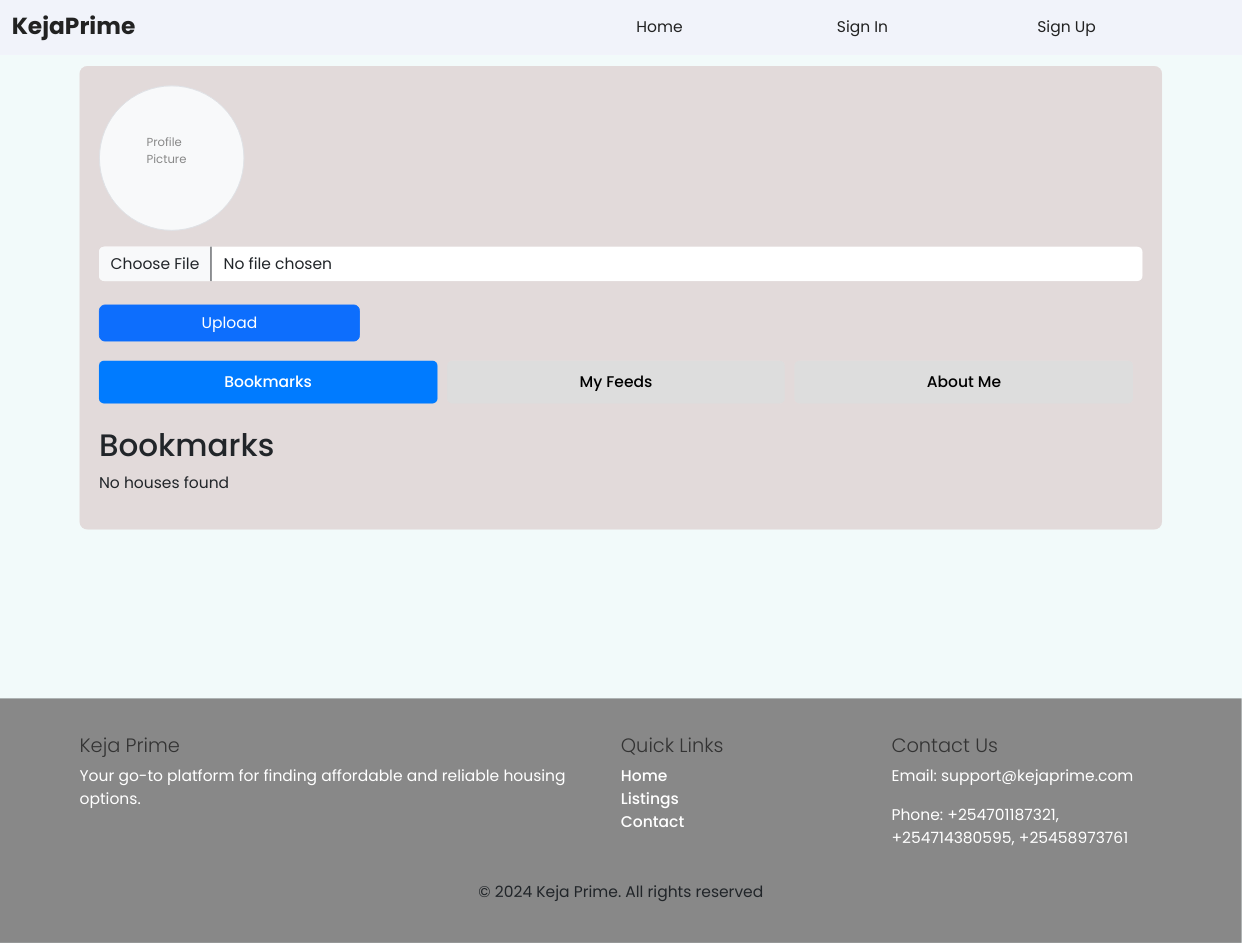
Repository: Pascal7601/kejaPrime
Page: /profile (app in frontend/)
An editor plug-in stored every save of this project. The page is shown before and after the next save, followed by the edit.
The browser window is 1280 px wide. The pictures show the whole page, at 97% of full size.
The page's requests for data from a server got no answer. The project was rebuilt for these pictures with package versions that can differ from the ones it lists, and the page was loaded fresh each time. No one was signed in, and anything a server would have sent is missing. Also part of the build but not shown: frontend/vite.config.js, frontend/src/styles/HeroSection.css, frontend/src/components/HeroSection.jsx, frontend/src/pages/Home.jsx, frontend/src/components/Houses.jsx, frontend/src/pages/Listings.jsx, frontend/src/styles/PostHouse.css, frontend/src/pages/PostHouse.jsx and 10 more.

Above is the page before, as saved 2024-10-22 11:42:17.

After the next save:
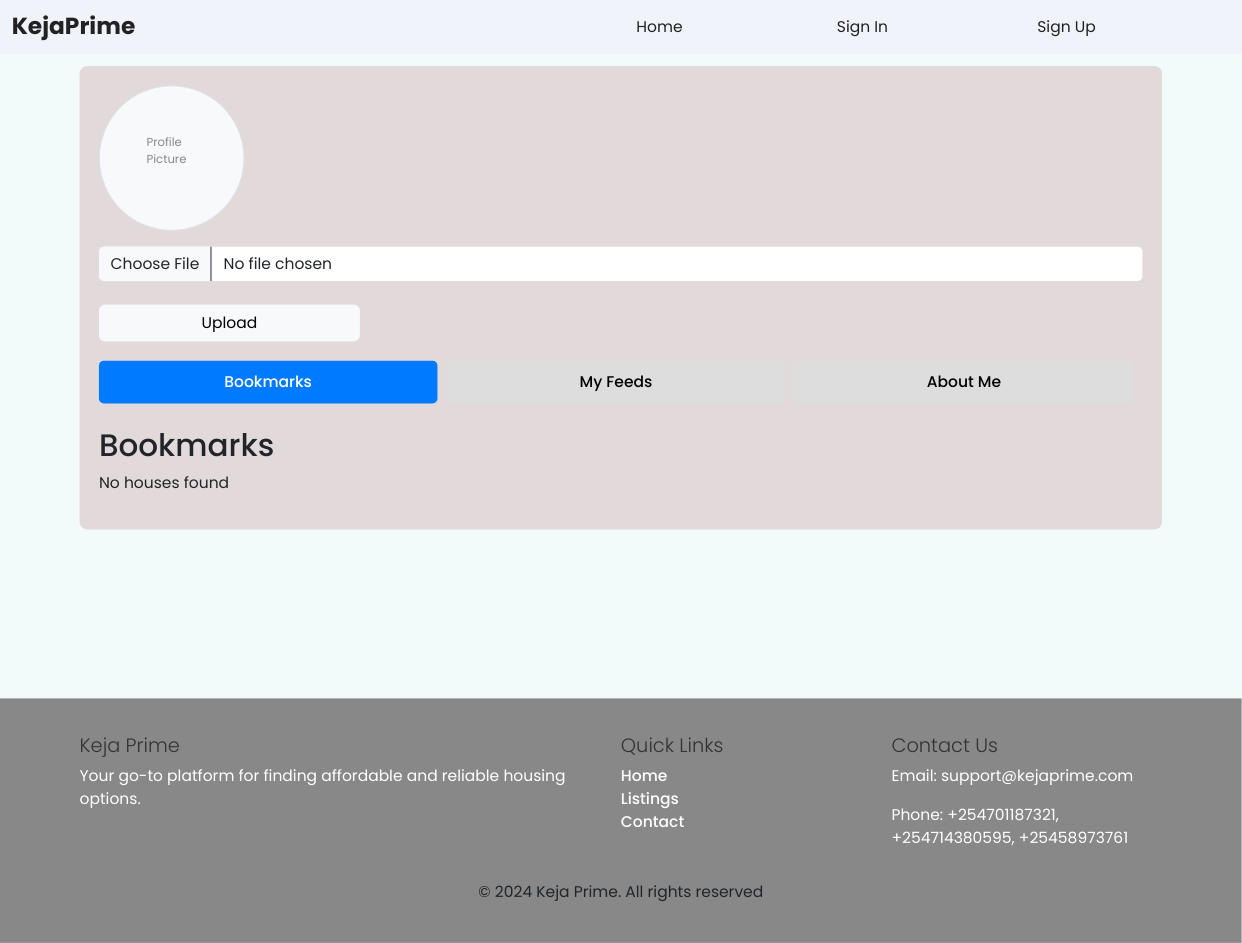
Saved 46 s later.
--- a/frontend/src/components/Profile.jsx
+++ b/frontend/src/components/Profile.jsx
@@ -214,7 +214,7 @@ function Profile() {
                 </div>
               )}
               <input type="file" onChange={handleFileChange} accept="image/*" className="form-control my-3" />
-              <button onClick={handleFileUpload} className="btn btn-primary w-25 mt-2">Upload</button>
+              <button onClick={handleFileUpload} className="btn btn-light w-25 mt-2">Upload</button>
             </div>
           </div>
           {/* Navigation Tabs */}
